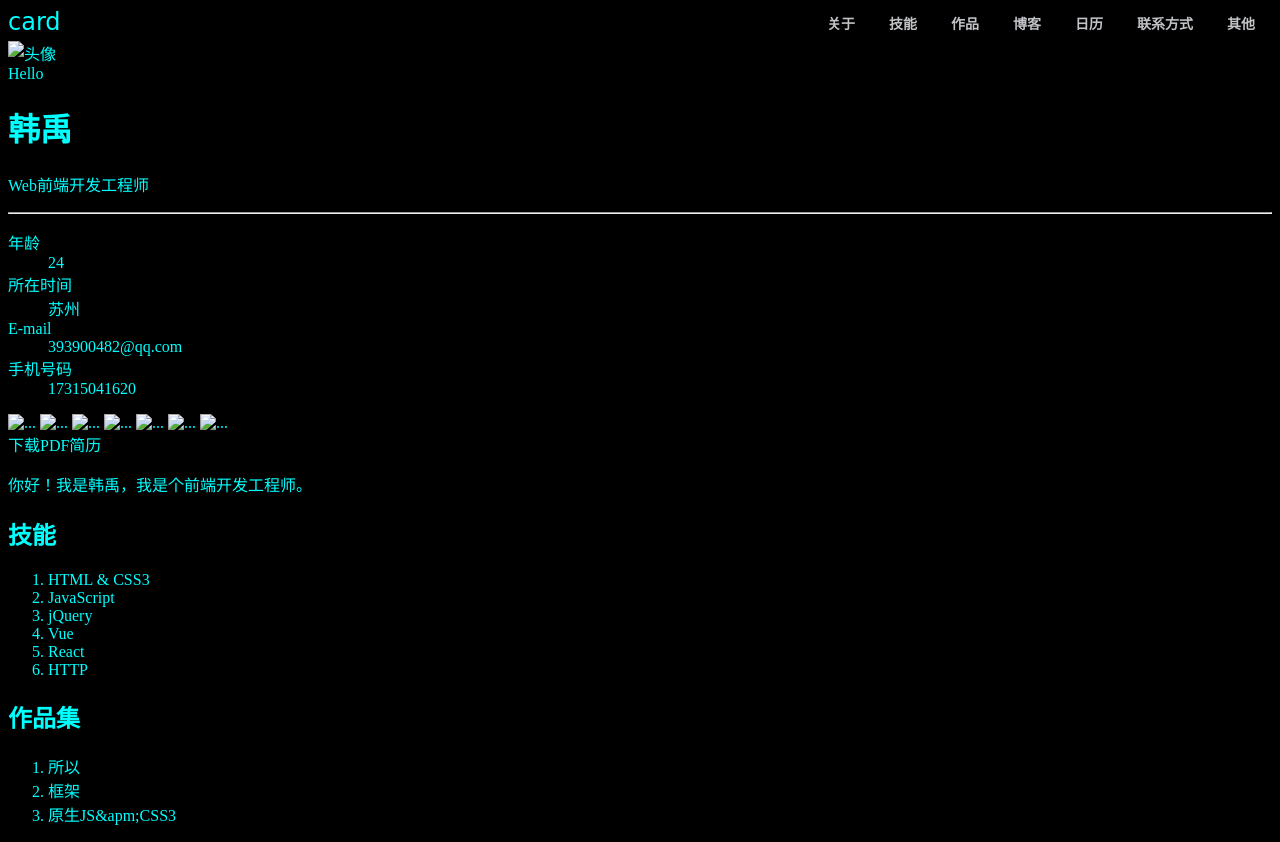
Repository: yorkHan/resume
Page: index.html
These files come from the project's save history. The page is drawn as it stood at one moment and after a run of saves; the edit follows.
The browser window is 1280 px wide. The pictures show the whole page.

Above is the page before, as saved 2018-04-09 15:03:22.

After the next 4 saves:
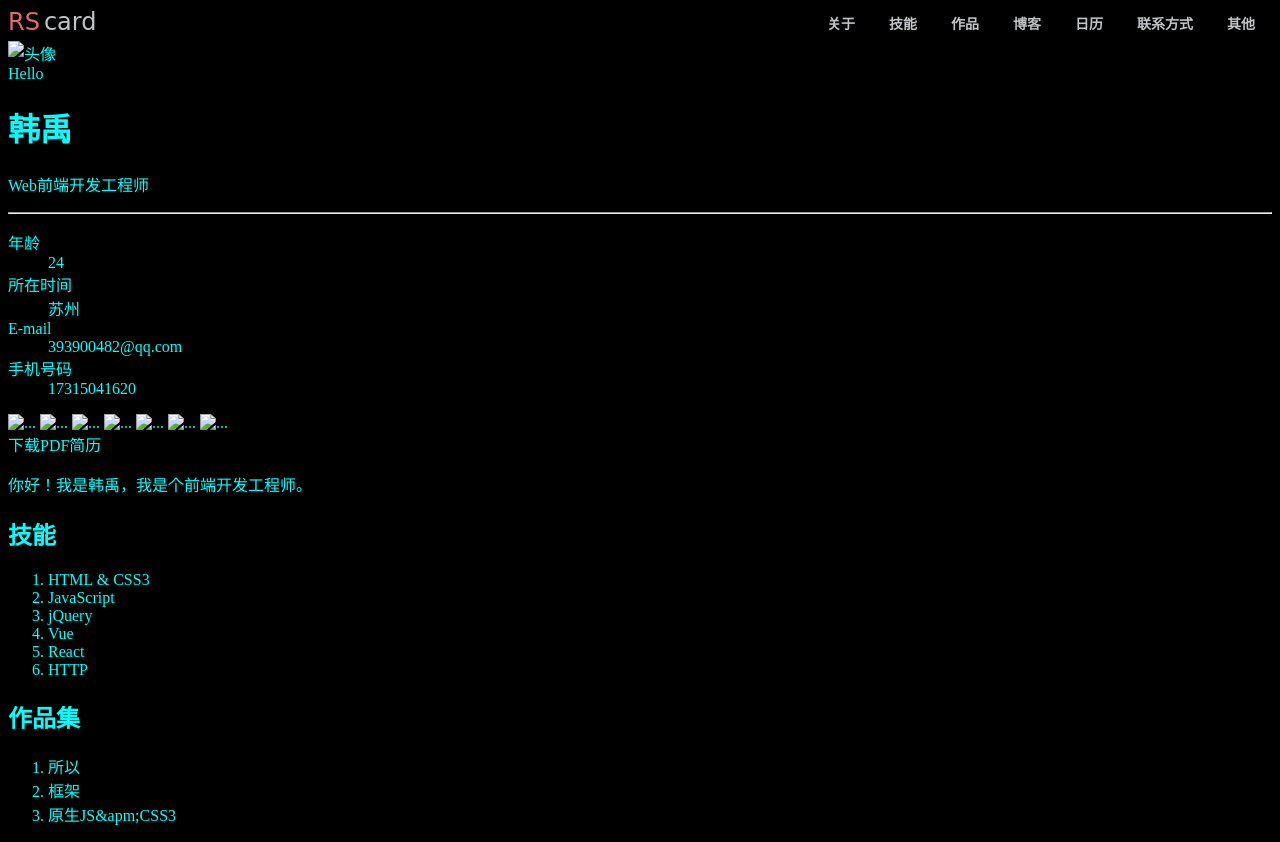
The 4 saves are shown as one change because they came seconds apart.
The last was saved 11 s later.
--- a/index.html
+++ b/index.html
@@ -10,7 +10,7 @@
 <body>
     <div class="topNavBar clearfix">
         <a class="logo" href="#" alt="logo" style="float:left;">
-            <span class=">RS</span><span class="card">card</span>
+            <span class="rs">RS</span><span class="card">card</span>
         </a>
         <nav>
             <ul class="clearfix" style="float: right;">
